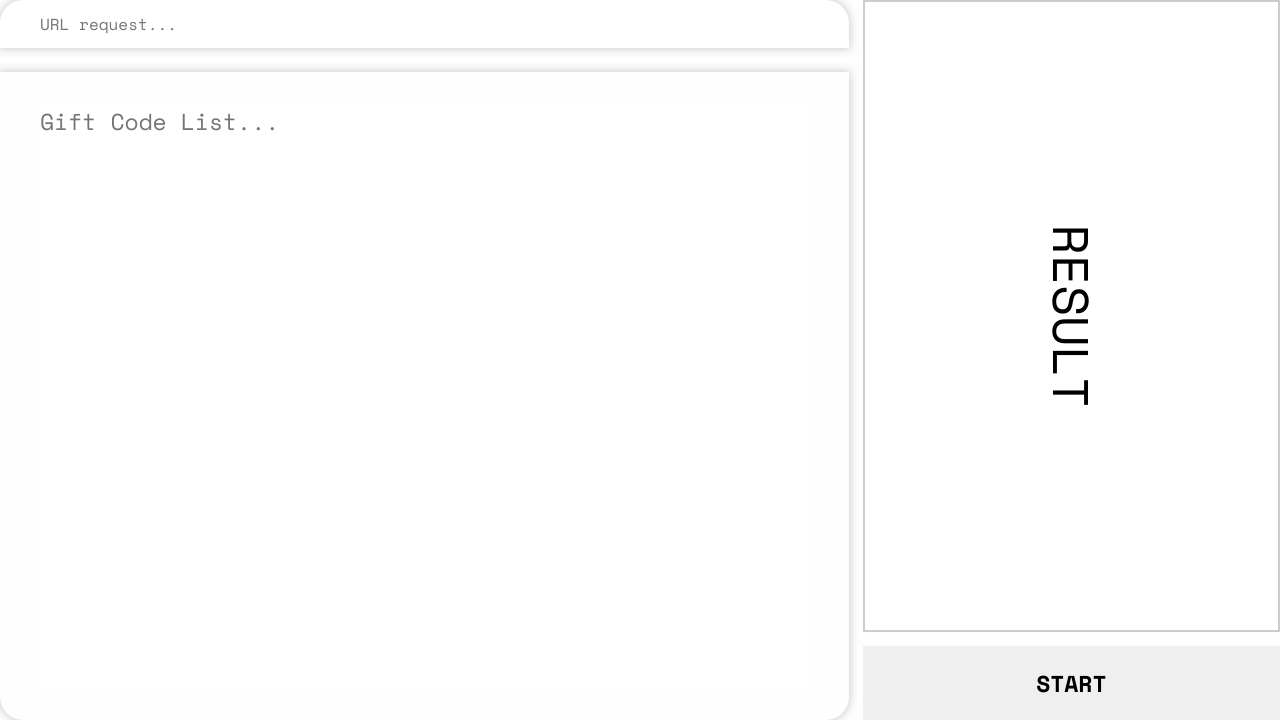
Repository: 777hanh777hanh/test
Page: index.html
These files come from the project's save history. The page is drawn as it stood at one moment and after the next save; the edit follows.
The browser window is 1280 px wide. The pictures show the whole page.

Above is the page before, as saved 2023-06-30 17:50:57.

### index.html
<!DOCTYPE html>
<html lang="en">
    <head>
        <meta charset="UTF-8" />
        <meta name="viewport" content="width=device-width, initial-scale=1.0" />
        <title>Request API</title>
        <!-- Fonts -->
        <link rel="preconnect" href="https://fonts.googleapis.com" />
        <link rel="preconnect" href="https://fonts.gstatic.com" crossorigin />
        <link
            href="https://fonts.googleapis.com/css2?family=Space+Mono:wght@400;700&display=swap"
            rel="stylesheet"
        />
        <!-- CSS -->
        <link rel="stylesheet" href="./assets/css/reset.css" />
        <link rel="stylesheet" href="./assets/css/style.css" />
    </head>
    <body>
        <div class="inner">
            <!-- Input URL -->
            <div class="url-block">
                <input type="text" name="" id="url" class="url" placeholder="URL request..."></input>
            </div>
            <!-- Text Area -->
            <div class="giftCode-block">
                <textarea name="" id="giftCode" class="giftCode" placeholder="Gift Code List..."></textarea>
            </div>

            <!-- Result Block -->
            <div class="result-block">
                <div class="result"></div>
                <button class="btn">Start</button>
            </div>
        </div>
        <script src="./assets/js/main.js"></script>
    </body>
</html>

### assets/css/reset.css
html,
body,
div,
span,
applet,
object,
iframe,
h1,
h2,
h3,
h4,
h5,
h6,
p,
blockquote,
pre,
a,
abbr,
acronym,
address,
big,
cite,
code,
del,
dfn,
em,
img,
ins,
kbd,
q,
s,
samp,
small,
strike,
strong,
sub,
sup,
tt,
var,
b,
u,
i,
center,
dl,
dt,
dd,
ol,
ul,
li,
fieldset,
form,
label,
legend,
table,
caption,
tbody,
tfoot,
thead,
tr,
th,
td,
article,
aside,
canvas,
details,
embed,
figure,
figcaption,
footer,
header,
hgroup,
menu,
nav,
output,
ruby,
section,
summary,
time,
mark,
audio,
video {
    margin: 0;
    padding: 0;
    border: 0;
    font-size: 100%;
    font: inherit;
    vertical-align: baseline;
}
/* HTML5 display-role reset for older browsers */
article,
aside,
details,
figcaption,
figure,
footer,
header,
hgroup,
menu,
nav,
section {
    display: block;
}
body {
    line-height: 1;
}
ol,
ul {
    list-style: none;
}
blockquote,
q {
    quotes: none;
}
blockquote:before,
blockquote:after,
q:before,
q:after {
    content: '';
    content: none;
}
table {
    border-collapse: collapse;
    border-spacing: 0;
}

button,
input,
textarea,
[tabindex] {
    outline: none;
    border: none;
    font-family: inherit;
}

a {
    text-decoration: none;
}

### assets/css/style.css
:root {
    --text-color: #333;
    --font-family: 'Space Mono', monospace;
}

* {
    padding: 0;
    margin: 0;
    box-sizing: border-box;
}

html {
    font-size: 62.5%;
}

body {
    min-height: 100vh;
    font-family: var(--font-family, 'system-ui');
    -webkit-font-smoothing: antialiased;
    -moz-osx-font-smoothing: grayscale;
    font-size: 1.6rem;
    overflow: overlay;
    background: #fefefe;
}

html *::-webkit-scrollbar {
    border-radius: 0;
    width: 8px;
}
html *::-webkit-scrollbar-thumb {
    border-radius: 4px;
    background-color: rgba(22, 24, 35, 0.06);
}
html *::-webkit-scrollbar-track {
    border-radius: 0;
    background-color: rgba(0, 0, 0, 0);
}

/* CSS */
.inner {
    min-height: 100vh;
    display: grid;
    grid-template-columns: repeat(3, 1fr);
    grid-template-rows: auto 3fr;
    grid-template-areas:
        'url url result'
        'giftCode giftCode result';
    column-gap: 14px;
    row-gap: 24px;
}

/* Input Block */
.url-block {
    grid-area: url;
}

.url {
    display: block;
    padding: 12px 40px;
    width: 100%;
    height: 100%;
    font-size: 1.6rem;
    border-radius: 23px 23px 0 0;
    box-shadow: 0 0 10px 1px #ccc;
}

.giftCode-block {
    grid-area: giftCode;
    padding: 32px 40px;
    border-radius: 0 0 23px 23px;
    box-shadow: 0 0 10px 1px #ccc;
}

.giftCode {
    display: block;
    width: 100%;
    height: 100%;
    font-size: 2.3rem;
    font-family: var(--font-family, 'monospace');
    resize: none;
}

.result-block {
    grid-area: result;
    display: flex;
    flex-direction: column;
    row-gap: 14px;
}

.result {
    position: relative;
    display: flex;
    justify-content: center;
    align-items: center;
    flex-grow: 1;
    border: 2px solid #ccc;
    background: #fff;
}

.result:empty::before {
    display: inline-block;
}

.result::before {
    display: none;
    position: absolute;
    content: 'Result';
    text-transform: uppercase;
    font-size: 5rem;
    transform: rotate(90deg);
    overflow: visible;
}

.btn {
    padding: 20px;
    font-size: 2.3rem;
    font-weight: 700;
    text-transform: uppercase;
}

.btn:hover {
    cursor: pointer;
}

Loaded but not shown: assets/js/main.js (no stored copy; drawn as an empty file)

After the next save:
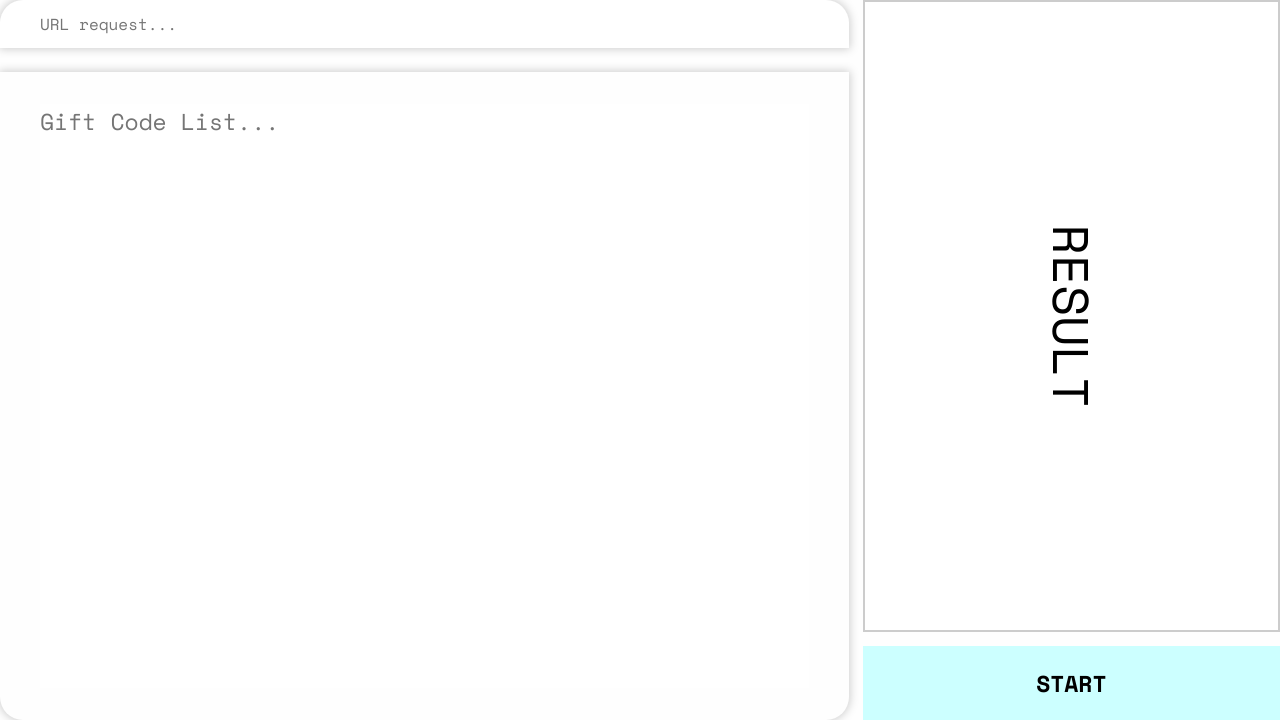
Saved 24 s later.
--- a/assets/css/style.css
+++ b/assets/css/style.css
@@ -116,6 +116,7 @@ html *::-webkit-scrollbar-track {
     font-size: 2.3rem;
     font-weight: 700;
     text-transform: uppercase;
+    background: var(--primary-color, #cff);
 }
 
 .btn:hover {
